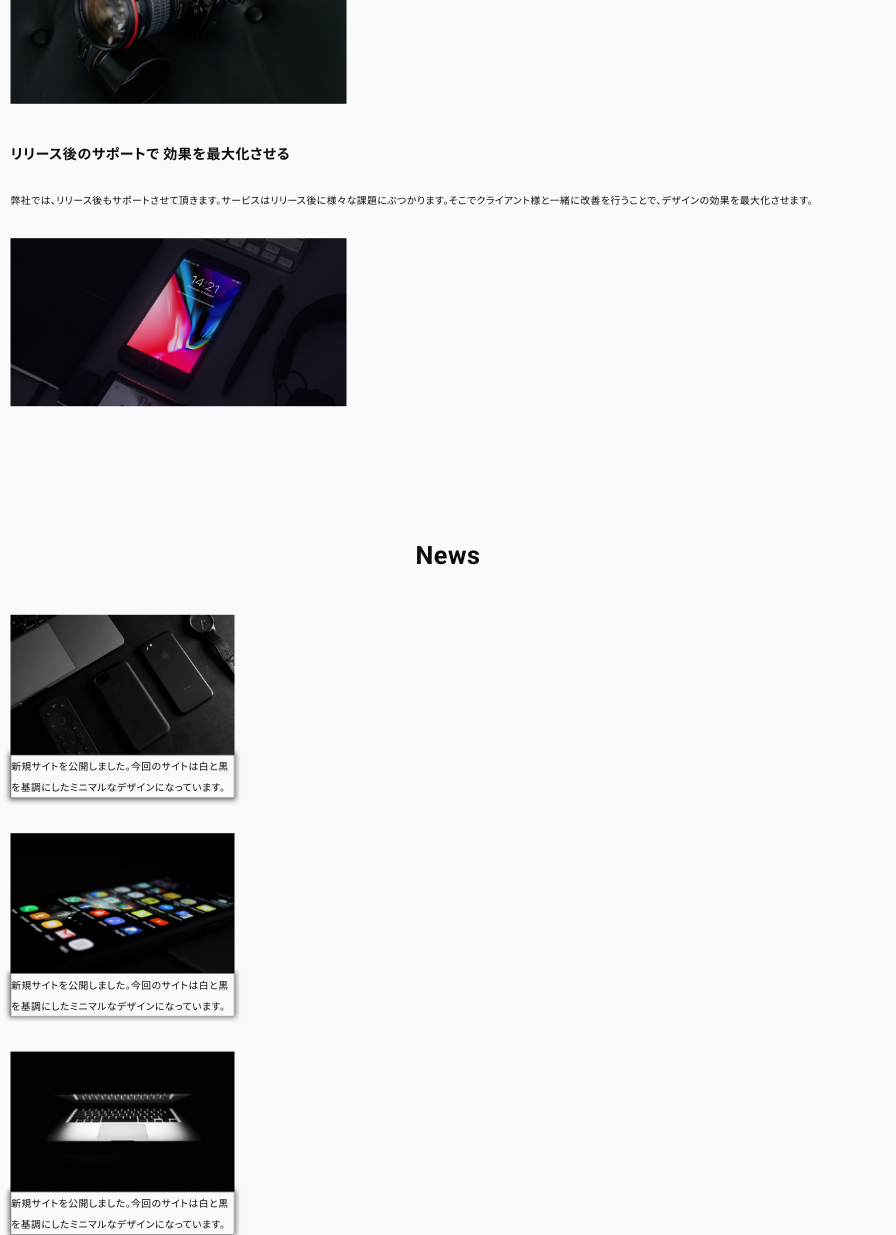
Repository: hatarakimono-kumasan/kurisuta_1st
Page: index.html
An editor plug-in stored every save of this project. The page is shown before and after the next save, followed by the edit.
The browser window is 1280 px wide. The pictures show the part of the page from y = 2936 to 4856 px (the page is 4700 px tall before and 4856 px after), at 70% of full size.
Some web libraries are served in a nearby version. The style sheet was rebuilt from its Sass, Less or Tailwind sources for each picture, by a compiler version that may differ from the author's.

Above is the page before, as saved 2020-05-15 09:19:20.

### index.html
<!DOCTYPE html>
<html lang="en">
	<head>
		<meta charset="UTF-8" />
		<meta name="viewport" content="width=device-width, initial-scale=1.0" />
		<meta http-equiv="X-UA-Compatible" content="ie=edge" />
		<title>Cresta.design</title>
		<meta name="keywords" content="カンマ区切りで10個以内推奨" />
		<meta name="description" content="120文字以内" />
		<meta property="og:title" content="このページのタイトル" />
		<meta property="og:type" content="TOPページはwebsite、子ページはarticle" />
		<meta property="og:url" content="このページのURL" />
		<meta property="og:image" content="1200×630以上推奨、絶対パスで指定" />
		<meta property="og:site_name" content="サイト名" />
		<meta property="og:description" content="80〜90文字推奨" />
		<meta name="twitter:card" content="summary or summary_large_image" />
		<meta name="twitter:site" content="@ユーザー名" />
		<meta name="format-detection" content="telephone=no" />
		<!-- <link rel="shortcut icon" sizes="16x16" href="ファビコン" />
		<link rel="apple-touch-icon" sizes="192x192" href="タッチアイコン" />
		<link rel="shortcut icon" sizes="192x192" href="タッチアイコン" /> -->
		<meta name="last-modified" content="Sun, 29 Dec 2019 20:30:30 GMT" />
		<link
			href="https://use.fontawesome.com/releases/v5.6.1/css/all.css"
			rel="stylesheet"
		/>
		<link rel="stylesheet" href="style.css" />
		<script
			src="https://code.jquery.com/jquery-3.4.1.min.js"
			integrity="sha256-CSXorXvZcTkaix6Yvo6HppcZGetbYMGWSFlBw8HfCJo="
			crossorigin="anonymous"
		></script>
	</head>
	<body>
		<!-- header -->
		<header class="header">
			<h1 class="site-title"><a href="./">クリ★スタ</a></h1>
			<div class="nav-wrapper">
				<nav class="header-nav">
					<ul class="nav-list">
						<li class="nav-item"><a href="#about">About</a></li>
						<li class="nav-item"><a href="#service">Service</a></li>
						<li class="nav-item"><a href="#news">News</a></li>
						<li class="nav-item"><a href="#contact">Contact</a></li>
					</ul>
				</nav>
			</div>
			<button class="burger-btn">
				<span class="bars">
					<span class="bar bar_top"></span>
					<span class="bar bar_mid"></span>
					<span class="bar bar_bottom"></span>
				</span>
			</button>
		</header>
		<!-- //header -->

		<!--first view-->
		<div class="first_view">
			<img src="img/fv-bgi_sp@2x.jpg" alt="サイトイメージ" />
			<p>Cresta Design.</p>
		</div>
		<!--//first view-->

		<main>
			<!--about-->
			<section class="about" id="about">
				<h2>About</h2>
				<h3>
					ミニマルで<br />
					洗練されたデザインを。
				</h3>
				<p>
					近年、ミニマルなデザインが流行しています。そこで弊社では、クライアント企業様新規サービス等の課題に対してミニマルで洗練されたデザインを実現させることで解決のサポートを致します。もちろん全てのサービスにおいてミニマルなデザインが課題解決になるわけではないので、課題や今後のサービスの展開等しっかりとヒアリングを行なった上でご提案させて頂きます。
				</p>
			</section>
			<!--//about-->

			<!--service-->
			<section class="service" id="service">
				<h2>Service</h2>
				<h3>リリース時のサポートで サービスのブランディングを</h3>
				<p>
					弊社では、リリース時もサポートさせて頂きます。プレスリリース用のサイトや動画制作を通して、サービスのブランディングを行わせて頂きます。
				</p>
				<img src="/img/service-image@2x.jpg" alt="サービス" />
				<h3>リリース後のサポートで 効果を最大化させる</h3>
				<p>
					弊社では、リリース後もサポートさせて頂きます。サービスはリリース後に様々な課題にぶつかります。そこでクライアント様と一緒に改善を行うことで、デザインの効果を最大化させます。
				</p>
				<img src="/img/service-image02@2x.jpg" alt="サービス" />
			</section>
			<!--//service-->

			<!--news-->
			<section class="news" id="news">
				<h2>News</h2>
				<div class="news_card_wrapper">
					<div class="news_card">
						<img
							class="card-img"
							src="img/card-image1@2x.jpg"
							alt="newsイメージ"
						/>
						<div class="card-content">
							<p class="card-text">
								新規サイトを公開しました。今回のサイトは白と黒を基調にしたミニマルなデザインになっています。
							</p>
						</div>
						<!--//card-content-->
					</div>
					<!--//news_card-->
					<div class="news_card">
						<img
							class="card-img"
							src="img/card-image2@2x.jpg"
							alt="newsイメージ"
						/>
						<div class="card-content">
							<p class="card-text">
								新規サイトを公開しました。今回のサイトは白と黒を基調にしたミニマルなデザインになっています。
							</p>
						</div>
						<!--//card-content-->
					</div>
					<!--//news_card-->
					<div class="news_card">
						<img
							class="card-img"
							src="img/card-image3@2x.jpg"
							alt="newsイメージ"
						/>
						<div class="card-content">
							<p class="card-text">
								新規サイトを公開しました。今回のサイトは白と黒を基調にしたミニマルなデザインになっています。
							</p>
						</div>
						<!--//card-content-->
					</div>
					<!--//news_card-->
				</div>
				<!--//news_card_wrapper-->
			</section>
			<!--//news-->
		</main>
		<script src="drawer.js"></script>
	</body>
</html>

### drawer.js
$(".burger-btn").on("click", function () {
	//.btn_triggerをクリックすると
	$(".burger-btn").toggleClass("close"); //.btn_triggerにcloseクラスを付与(ボタンのアニメーション)
	$(".nav-wrapper").fadeToggle(500); //.nav-wrapperが0.5秒でフェードイン(メニューのフェードイン)
	$("body").toggleClass("noscroll"); //bodyにnoscrollクラスを付与(スクロールを固定)
});

if ($(window).width() < 768) {
	//デバイスの幅が768以下のとき
	$(".nav-item>a").on("click", function () {
		//.nav-item>aをクリックすると
		$(".nav-wrapper").fadeOut(500); //.nav-wrapperが0.5秒でフェードアウト(メニューのフェードアウト)
		$(".burger-btn").removeClass("close"); //.btn_triggerのcloseクラスを削除
		$("body").removeClass("noscroll"); //bodyのnoscrollクラスを削除
	});
}

### style.scss
/* ======================================
Foundation
====================================== */

@import "scss/foundation/reset";
@import "scss/foundation/mixin";
@import "scss/foundation/settings";
@import "scss/foundation/base";

/* ======================================
Layout
====================================== */

@import "scss/layout/header";
// @import 'layout/nav';
@import "scss/layout/main";
// @import 'layout/footer';

/* ======================================
Object
====================================== */

/**
Component
----------------------------------- */

// @import 'object/component/';

/**
Project
----------------------------------- */

// @import 'object/project/';

/**
Utility
----------------------------------- */
// @import 'object/utility/';

### scss/foundation/_reset.scss
html,
body,
div,
span,
object,
iframe,
h1,
h2,
h3,
h4,
h5,
h6,
p,
blockquote,
pre,
abbr,
address,
cite,
code,
del,
dfn,
em,
img,
ins,
kbd,
q,
samp,
small,
strong,
sub,
sup,
var,
b,
i,
dl,
dt,
dd,
ol,
ul,
li,
fieldset,
form,
label,
legend,
table,
caption,
tbody,
tfoot,
thead,
tr,
th,
td,
article,
aside,
canvas,
details,
figcaption,
figure,
footer,
header,
hgroup,
menu,
nav,
section,
summary,
time,
mark,
audio,
video {
	margin: 0;
	padding: 0;
	border: 0;
	outline: 0;
	font-size: 100%;
	vertical-align: baseline;
	background: transparent;
}
body {
	line-height: 1;
}
article,
aside,
details,
figcaption,
figure,
footer,
header,
hgroup,
menu,
nav,
section,
main {
	display: block;
}
ol,
ul {
	list-style: none;
}
blockquote,
q {
	quotes: none;
}
blockquote:before,
blockquote:after,
q:before,
q:after {
	content: "";
	content: none;
}
a {
	margin: 0;
	padding: 0;
	font-size: 100%;
	vertical-align: baseline;
	background: transparent;
}
ins {
	background-color: #ff9;
	color: #333;
	text-decoration: none;
}
mark {
	background-color: #ff9;
	color: #333;
	font-style: italic;
	font-weight: bold;
}
del {
	text-decoration: line-through;
}
abbr[title],
dfn[title] {
	border-bottom: 1px dotted;
	cursor: help;
}
table {
	border-collapse: collapse;
	border-spacing: 0;
}
hr {
	display: block;
	height: 1px;
	border: 0;
	border-top: 1px solid #cccccc;
	margin: 1em 0;
	padding: 0;
}
input,
select {
	vertical-align: middle;
}

### scss/foundation/_mixin.scss
/*================================================= mixin (mobile to pc)
=================================================*/
$tab: 768px;
$lap: 1024px;
$pc: 1200px;

@mixin tab {
	@media screen and (min-width: ($tab)) {
		@content;
	}
}

@mixin lap {
	@media screen and (min-width: ($lap)) {
		@content;
	}
}

@mixin pc {
	@media screen and (min-width: ($pc)) {
		@content;
	}
}

/*================================================= トラッキング(letter-spacing)のmixin
=================================================*/
@mixin tracking($tracking) {
	letter-spacing: ($tracking / 1000) + em;
}

// 利用するとき
//   p {
//    @include tracking(16);
//   }

### scss/foundation/_settings.scss
/*
font
------------------------------------------*/
@import url("https://fonts.googleapis.com/css2?family=Roboto:wght@400;700&display=swap");
@import url("https://fonts.googleapis.com/css2?family=Noto+Sans+JP:wght@700&display=swap");
body {
	font-family: Roboto, "Noto Sans JP", 游ゴシック, "Yu Gothic", 游ゴシック体,
		YuGothic, "ヒラギノ角ゴ Pro W3", "Hiragino Kaku Gothic Pro", "Meiryo UI",
		メイリオ, Meiryo, sans-serif;
	font-size: medium;
	letter-spacing: 0.05em;
	word-break: break-all;
}
h1,
h2,
h3,
h4,
h5,
strong {
	font-weight: bold;
}

/*フォントサイズ
https://websemantics.uk/tools/responsive-font-calculator/
-------------------------------------------------*/
html {
	font-size: 62.5%;
}
body {
	font-size: 1.6rem; /* 16px*/
	line-height: 2;
}
h1 {
	font-size: 26px; /* IE8以下とAndroid4.3以下用フォールバック */
	font-size: 2.6rem;
	line-height: calc(24 / 36);
	font-family: Roboto;
}
h2 {
	font-size: 36px; /* IE8以下とAndroid4.3以下用フォールバック */
	font-size: 3.6rem;
	line-height: calc(24 / 36);
	font-family: Roboto;
	text-align: center;
}
h3 {
	font-size: 20px; /* IE8以下とAndroid4.3以下用フォールバック */
	font-size: 2rem;
	line-height: calc(40 / 20);
	font-family: "Noto Sans JP";
}
p {
	font-size: 14px; /* IE8以下とAndroid4.3以下用フォールバック */
	font-size: 1.4rem;
	line-height: calc(30 / 14);
	font-family: "Noto Sans JP";
	@include tracking(50);
}

### scss/foundation/_base.scss
/*
Base
---------------------------------------------- */
html {
	box-sizing: border-box;
	height: 100%;
}
*,
*:before,
*:after {
	box-sizing: inherit;
}
body {
	height: 100%;
	font-feature-settings: "palt";
	color: #0d0d0d;
	background-color: #fafafa;
}
img {
	max-width: 100%;
	height: auto;
	vertical-align: bottom;
}
a {
	color: inherit;
}
input,
textarea {
	font-family: inherit;
	font-size: 100%;
}

### scss/layout/_header.scss
// body {
// 	color: #141414;
// 	font-size: 1.4rem;
// 	line-height: 1.8;
// 	letter-spacing: 0.05em;

// 	font-family: "Roboto", sans-serif, "Noto Sans JP", sans-serif;
// }
.noscroll {
	overflow: hidden;
}
/* img {
	width: 100%;
	vertical-align: bottom;
} */
a {
	text-decoration: none;
	color: #fff;
}
// .section-title {
// 	font-size: 3.6rem;
// 	font-weight: bold;
// 	text-align: center;
// 	letter-spacing: 0.05em;
// 	margin-bottom: 70px;
// }
// h3 {
// 	font-size: 2.4rem;
// 	font-weight: bold;
// 	line-height: 2;
// 	letter-spacing: 0.1em;
// 	margin-bottom: 40px;
// }
// .section-wrapper {
// 	padding: 100px 10% 50px;
// }

/* ------------------ */
/* header */
/* ------------------ */
.header {
	background-color: #1b1310;
	color: #fff;
	height: 74px;
	display: flex;
	justify-content: space-between;
	align-items: center;
	padding: 0 120px;
	border-bottom: 1px solid #fff;
}
.nav-list {
	/* navの横並び */
	display: flex;
}
.nav-item {
	/* メニューの右側に余白 */
	margin-right: 55px;
}
.burger-btn {
	display: none;
}

@media screen and (max-width: 768px) {
	/* ----------------------- */
	/* base_sp
/* ----------------------- */

	// h3 {
	// 	font-size: 2rem;
	// 	margin-bottom: 30px;
	// }
	// .section-wrapper {
	// 	padding: 100px 5% 50px;
	// }
	/* ------------------ */
	/* humberger-menu */
	/* ------------------ */
	.header {
		padding: 0 5%;
	}
	.burger-btn {
		display: block;
		width: 39px;
		height: 39px;
		position: relative;
		z-index: 3;
		/*   codepenの挙動のため */
		background-color: transparent;
		border: none;
	}
	.bar {
		width: 20px;
		height: 1px;
		display: block;
		position: absolute;
		left: 50%;
		transform: translateX(-50%);
		background-color: #fff;
	}
	.bar_top {
		top: 10px;
	}
	.bar_mid {
		top: 50%;
		transform: translate(-50%, -50%);
	}
	.bar_bottom {
		bottom: 10px;
	}
	.burger-btn.close .bar_top {
		transform: translate(-50%, 10px) rotate(45deg);
		transition: transform 0.3s;
	}
	.burger-btn.close .bar_mid {
		opacity: 0;
		transition: opacity 0.3s;
	}
	.burger-btn.close .bar_bottom {
		transform: translate(-50%, -8px) rotate(-45deg);
		transition: transform 0.3s;
	}
	.nav-wrapper {
		display: none;
		width: 100vw;
		height: 100vh;
		position: fixed;
		top: 0;
		left: 0;
		z-index: 2; /*キービジュアルと.btn_triggerとの重なりの前後関係を調整*/
	}
	.header-nav {
		width: 100%;
		height: 100%;
		background-color: #1b1310;
		z-index: 2;
	}
	.header-nav .nav-list {
		display: block;
		position: absolute;
		top: 50%;
		left: 50%;
		transform: translate(-50%, -50%);
		text-align: center;
	}
	.header-nav .nav-item {
		margin-right: 0;
		margin-bottom: 40px;
	}
}

### scss/layout/_main.scss
/*=======================================
first view
=========================================*/
.first_view {
	width: 100%;
	position: relative;

	img {
		min-width: 100%;
	}
	p {
		width: 300px;
		height: 100px;
		border: #fff 2px solid;
		color: #fff;
		position: absolute;
		transform: translateY(-50%);
		font-size: 3rem;
		top: 50%;
		left: 50%;
		text-align: center;
		transform: translate(-50%, -50%);
		line-height: 100px;
	}
}

/*=============================================
all
===============================================*/
main {
	width: calc(100% - 30px);
	margin: auto;
	margin-top: 10rem;
	margin-bottom: 5rem;
}
.about,
.service,
.news {
	width: 100%;
	margin-bottom: 15rem;
	h2 {
		margin-bottom: 7.3rem;
	}
	h3 {
		margin-bottom: 3.1rem;
	}
}

/*=============================================
about
===============================================*/

/*=============================================
service
===============================================*/
.service {
	img {
		margin: 4rem 0 5.1rem;
	}
}

/*=============================================
news
===============================================*/
.news {
	.news_card_wrapper {
		.news_card {
			width: 32rem;
			margin-bottom: 5rem;

			.card-content {
				border: 1px solid #707070;
				box-shadow: 0px 0px 7px 2px #707070;
			}
		}
	}
}

After the next save:
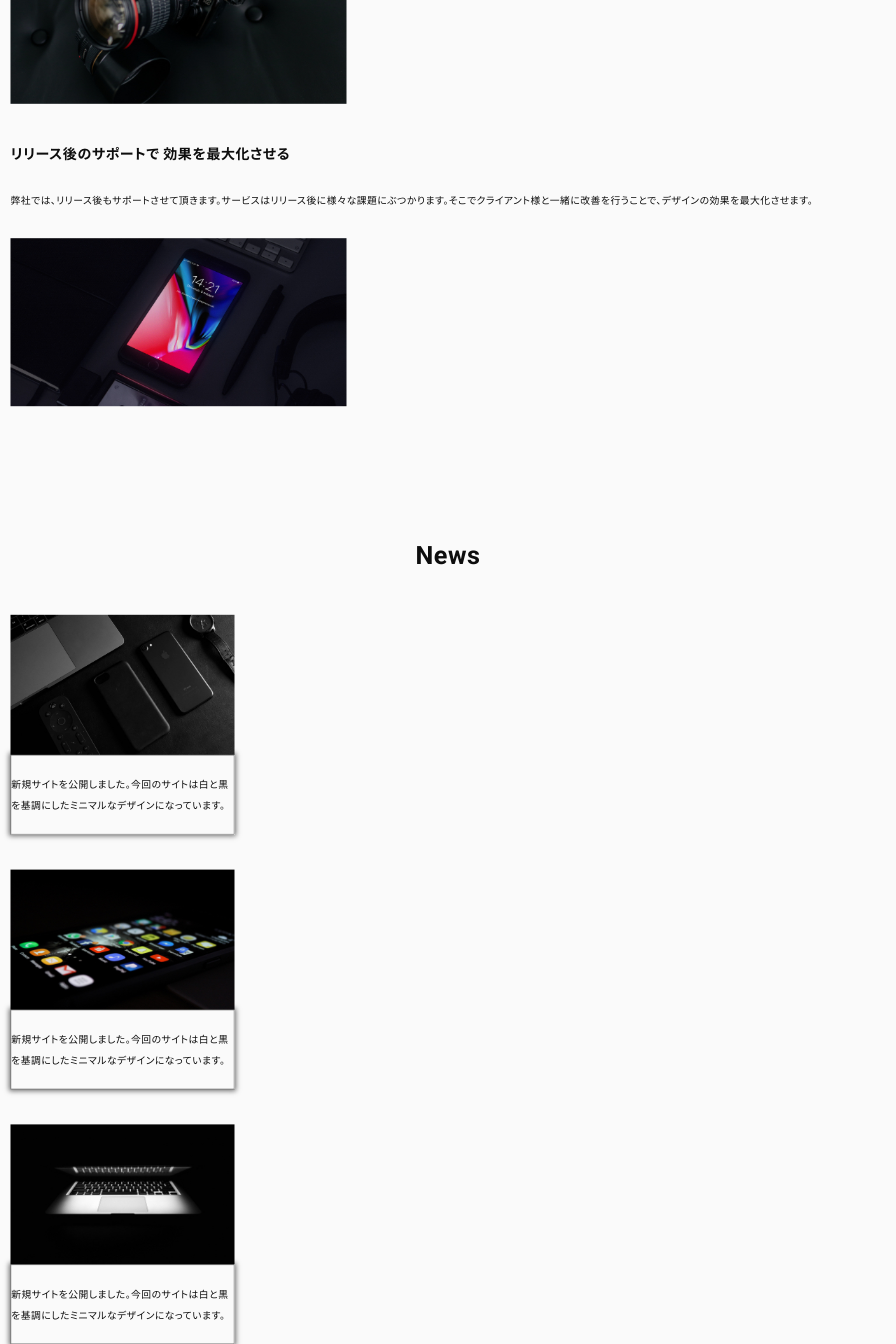
Saved 102 s later.
--- a/scss/layout/_main.scss
+++ b/scss/layout/_main.scss
@@ -71,6 +71,10 @@ news
 			.card-content {
 				border: 1px solid #707070;
 				box-shadow: 0px 0px 7px 2px #707070;
+
+				p {
+					margin: 2.6rem auto;
+				}
 			}
 		}
 	}
